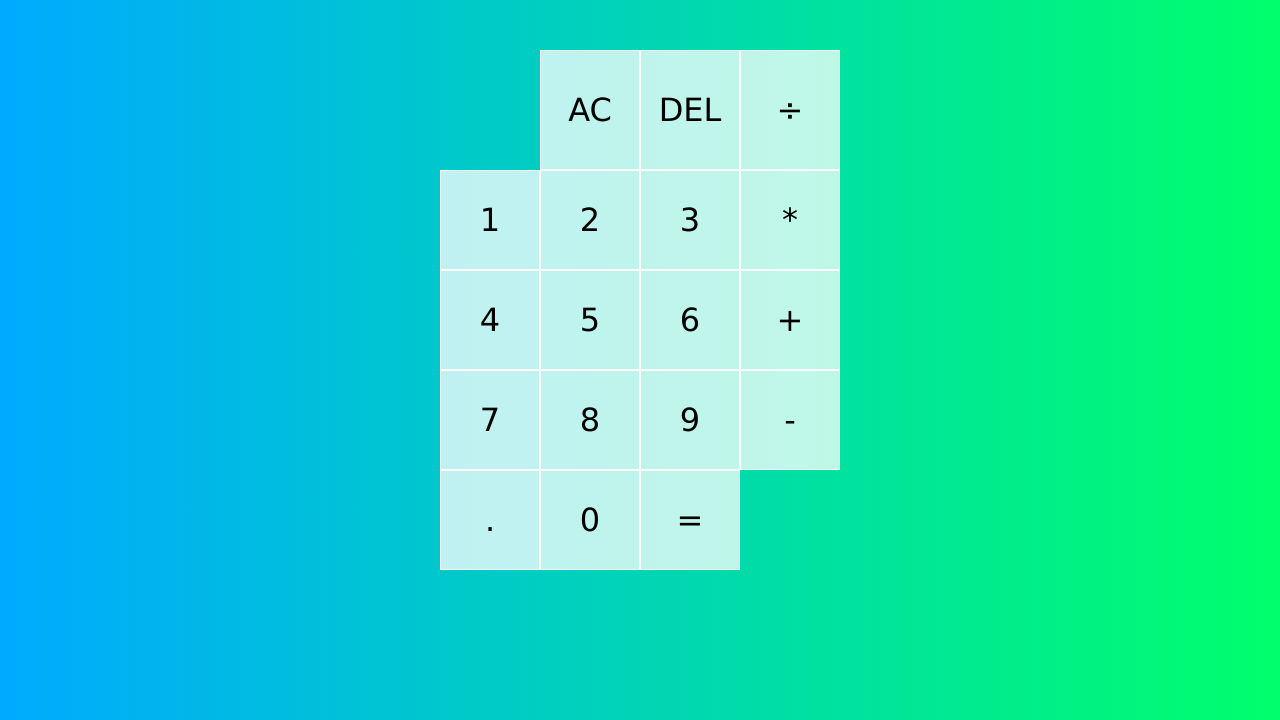
Repository: devkthines/js-calculator
Page: index.html
The author's editor kept a copy of each file at every save. The page is drawn from the files as they stood at one save, then again after a run of saves.
The browser window is 1280 px wide. The pictures show the whole page.

Above is the page before, as saved 2023-12-18 21:54:30.

After the next 4 saves:
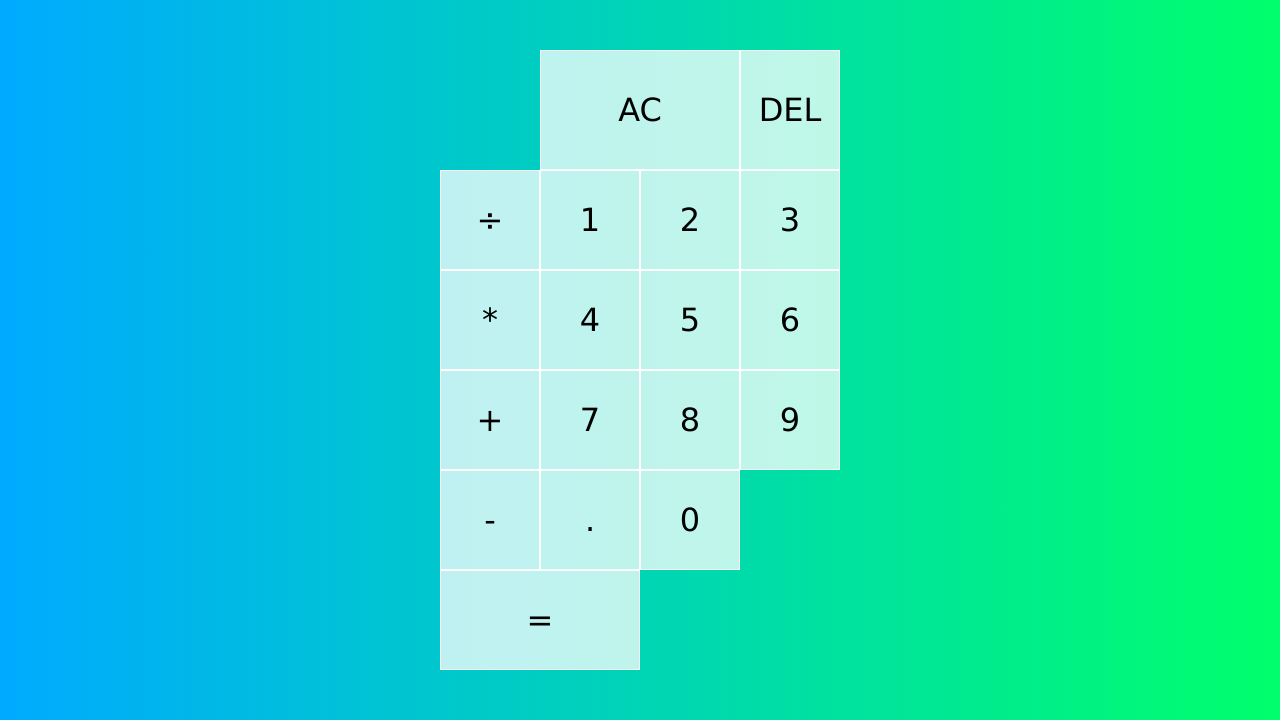
The 4 saves are shown as one change because they came seconds apart.
The last was saved 12 s later.
--- a/styles.css
+++ b/styles.css
@@ -40,3 +40,7 @@ body{
 .calculator-grid> button:hover{
     background-color: rgba(255, 255, 255, .9);
 }
+
+.span-two{
+    grid-column: span 2;
+}
